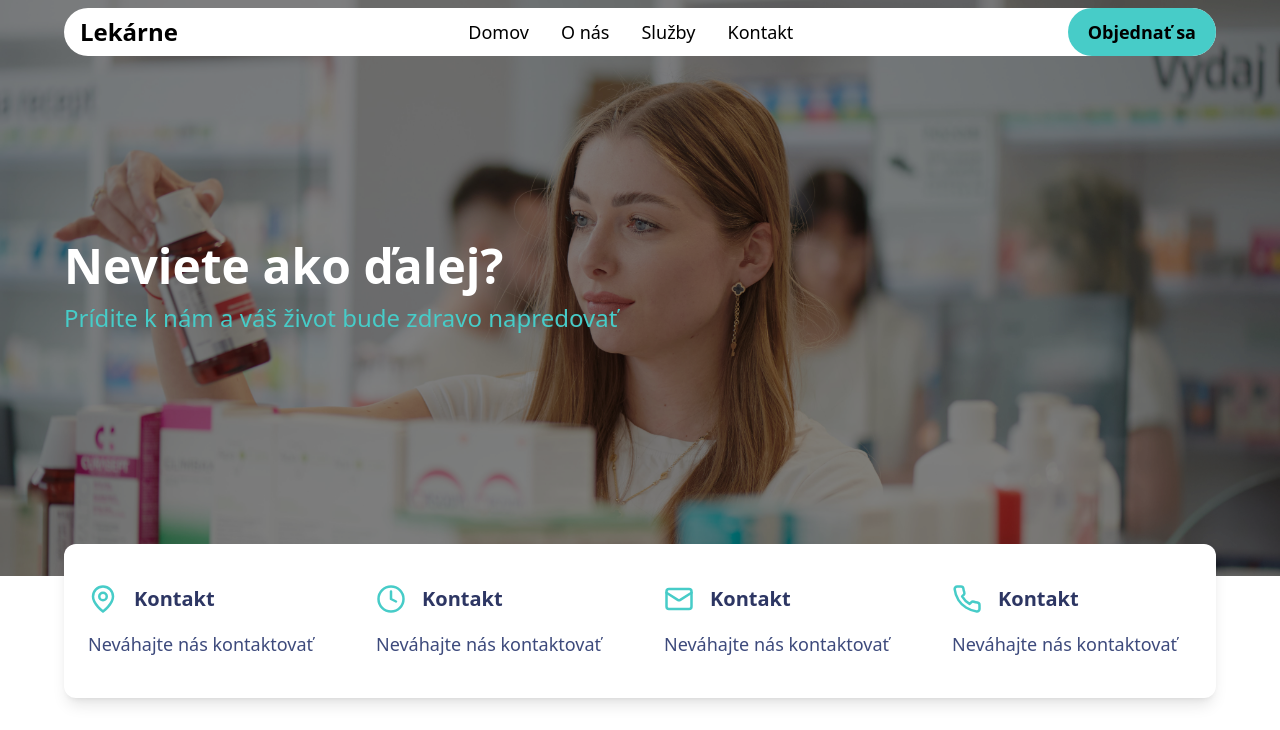
Repository: SimonSkoda13/Lekaren
Page: /
The author's editor kept a copy of each file at every save. The page is drawn from the files as they stood at one save, then again after the next save.
The browser window is 1280 px wide. The pictures show the whole page.
The project was rebuilt for these pictures with package versions that can differ from the ones it lists, and the page was loaded fresh each time. The framework's server and built-in components were replaced by stand-ins that run in the browser. Also part of the build but not shown: next.config.js.

Above is the page before, as saved 2023-04-22 18:05:59.

### src/app/layout.tsx
import { Header } from "./components/Header/Header";
import "./globals.css";
import { Poppins } from "next/font/google";

export const metadata = {
  title: "Create Next App",
  description: "Generated by create next app",
};

export default function RootLayout({
  children,
}: {
  children: React.ReactNode;
}) {
  return (
    <html lang="en">
      <body className="bg-white min-h-[100vh]">
        <Header />
        <main>{children}</main>
        <footer></footer>
      </body>
    </html>
  );
}

### src/app/page.tsx
import Image from "next/image";
import { Inter } from "next/font/google";
import { HomeHero } from "./components/HomeHero/HomeHero";
import { Contact } from "./components/Contact/Contact";
import { Phone, MapPin, Clock4, Mail } from "lucide-react";

const inter = Inter({ subsets: ["latin"] });

// page with

export default function Home() {
  return (
    <>
      <HomeHero
        title={"Neviete ako ďalej?"}
        image={"/homeBanner.jpg"}
        description={"Prídite k nám a váš život bude zdravo napredovať"}
      />
      <Contact
        items={[
          {
            title: "Kontakt",
            description: "Neváhajte nás kontaktovať",
            icon: <MapPin size={30} className="stroke-primary" />,
          },
          {
            title: "Kontakt",
            description: "Neváhajte nás kontaktovať",
            icon: <Clock4 size={30} className="stroke-primary" />,
          },
          {
            title: "Kontakt",
            description: "Neváhajte nás kontaktovať",
            icon: <Mail size={30} className="stroke-primary" />,
          },
          {
            title: "Kontakt",
            description: "Neváhajte nás kontaktovať",
            icon: <Phone size={30} className="stroke-primary" />,
          },
        ]}
      />
    </>
  );
}

### src/app/components/Header/Header.tsx
import Link from "next/link";
import React from "react";

export interface HeaderProps {}

export const Header = (props: HeaderProps) => {
  const {} = props;
  return (
    <header className="cntn fixed w-full top-2 z-10">
      <div className="flex bg-white rounded-full">
        <h1 className="py-2 px-4 text-2xl font-bold">Lekárne</h1>
        <div className="py-2 px-4 flex gap-8 items-center mx-auto text-lg font-medium">
          <Link href="/">Domov</Link>
          <Link href="/onas">O nás</Link>
          <Link href="/sluzby">Služby</Link>
          <Link href="/kontakt">Kontakt</Link>
        </div>
        {/* button order self */}
        <div className="flex justify-center items-center px-5 p-0 bg-primary rounded-full text-lg font-bold">
          <Link href="/order">Objednať sa</Link>
        </div>
      </div>
    </header>
  );
};

### src/app/globals.css
@tailwind base;
@tailwind components;
@tailwind utilities;

@layer components {
  .cntn {
    @apply mx-auto px-4  max-w-screen-xl md:px-16;
  }
}

### src/app/components/HomeHero/HomeHero.tsx
import Image from "next/image";
import React from "react";
import { ImageGradient } from "./ImageGradient/ImageGradient";

export interface HomeHeroProps {
  title: string;
  image: string;
  description: string;
}

export const HomeHero = (props: HomeHeroProps) => {
  const { title, image, description } = props;
  return (
    <section className="relative h-[80vh] z-0 px-0">
      <div className="w-full h-full absolute left-0 top-0 ">
        {/* make filter for image to odd brightness from top biggest to bottom lowest */}
        <ImageGradient>
          <Image
            src={image}
            alt="Next.js logo"
            fill
            style={{
              objectFit: "cover",
              objectPosition: "center",
            }}
          />
        </ImageGradient>
      </div>
      <div className="cntn relative gap-3 h-full flex justify-center flex-wrap flex-col z-10">
        <h1 className="text-5xl font-bold text-white">{title}</h1>
        <p className="text-2xl text-primary">{description}</p>
      </div>
    </section>
  );
};

### src/app/components/Contact/Contact.tsx
import { Phone } from "lucide-react";
import Image from "next/image";
import React, { ReactNode } from "react";

export interface ContactProps {
  items?: {
    title: string;
    description: string;
    icon: ReactNode;
  }[];
}

export const Contact = (props: ContactProps) => {
  const { items } = props;
  return (
    <section className="cntn z-10 relative top-[-2rem]">
      <div className="w-full grid grid-cols-2 md:grid-cols-4 items-start bg-white rounded-xl shadow-lg">
        {items?.map((item) => (
          <div className="flex flex-col items-start gap-4 p-6 py-10">
            {/* <Image
            src={item.icon}
            alt={"contactIcon" + item.title}
            width={100}
            height={100}
          /> */}
            <div className="flex w-full flex-row gap-4 items-center">
              {item.icon}
              <h2 className="text-xl font-bold text-secondary">{item.title}</h2>
            </div>
            <p className="text-lg font-medium text-secondary-light">
              {item.description}
            </p>
          </div>
        ))}
      </div>
    </section>
  );
};

### src/app/components/HomeHero/ImageGradient/ImageGradient.tsx
import React from "react";

export interface ImageGradientProps {
  children: React.ReactNode;
}

export const ImageGradient = (props: ImageGradientProps) => {
  const { children } = props;
  return (
    <div className="relative w-full h-full brightness-50 overflow-hidden z-10">
      <div className="absolute inset-0 z-10"></div>
      {children}
    </div>
  );
};

### tailwind.config.js
/** @type {import('tailwindcss').Config} */
module.exports = {
  content: [
    "./src/pages/**/*.{js,ts,jsx,tsx,mdx}",
    "./src/components/**/*.{js,ts,jsx,tsx,mdx}",
    "./src/app/**/*.{js,ts,jsx,tsx,mdx}",
  ],
  theme: {
    extend: {
      colors: {
        primary: "#47CCC8",
        secondary: "#2D3663",
        "secondary-light": "#3D4A7C",
      },
    },
  },
  plugins: [],
};

Loaded but not shown: src/app/api/hello/route.ts (common file)

After the next save:
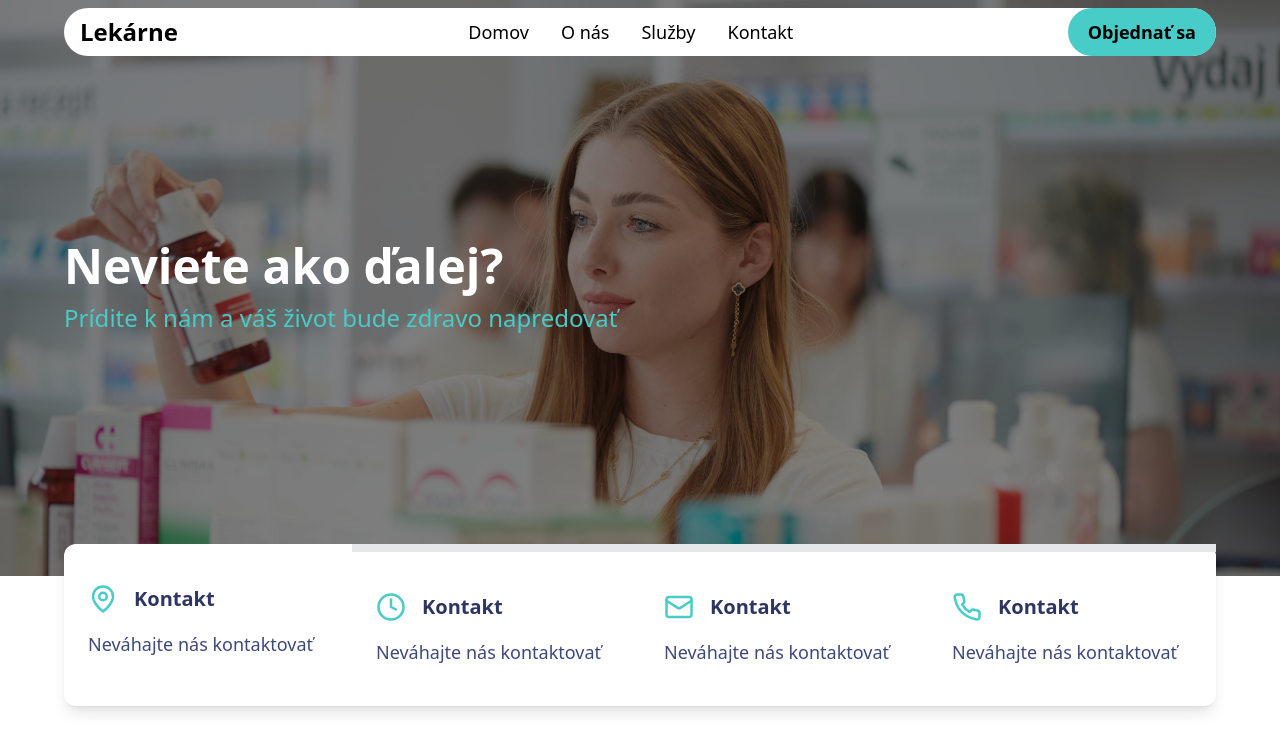
Saved 75 s later.
--- a/src/app/components/Contact/Contact.tsx
+++ b/src/app/components/Contact/Contact.tsx
@@ -14,7 +14,7 @@ export const Contact = (props: ContactProps) => {
   const { items } = props;
   return (
     <section className="cntn z-10 relative top-[-2rem]">
-      <div className="w-full grid grid-cols-2 md:grid-cols-4 items-start bg-white rounded-xl shadow-lg">
+      <div className="w-full grid grid-cols-2 md:grid-cols-4 items-start bg-white rounded-xl shadow-lg divide-y-8">
         {items?.map((item) => (
           <div className="flex flex-col items-start gap-4 p-6 py-10">
             {/* <Image
